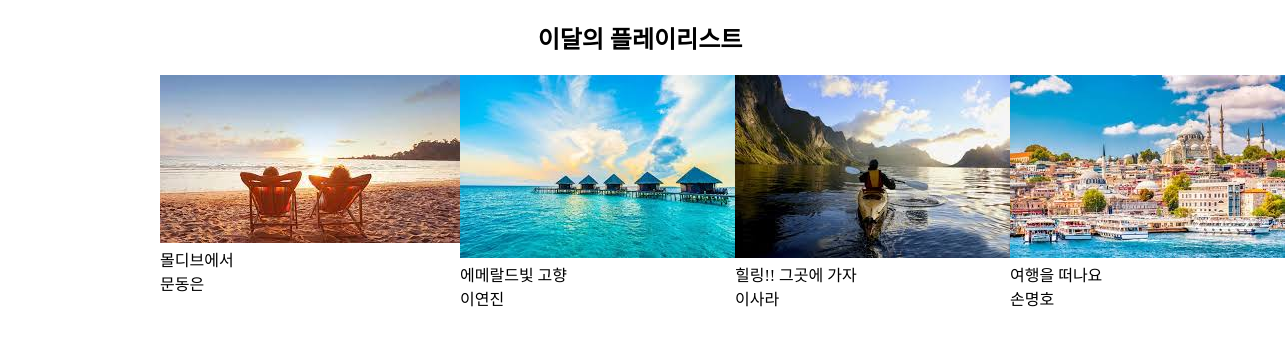
Repository: skybluelion/KB
Page: KB/work05_front/front03_css3_layout/src/main/webapp/css03_flexbox_exam1.html
An editor plug-in stored every save of this project. The page is shown before and after the next save, followed by the edit.
The browser window is 1280 px wide. The page is 1285 px wide, then 1280 px, so the pictures cover 1285 px, including what lies to the right of the window. The pictures show the whole page.

Above is the page before, as saved 2023-04-10 07:07:28.

### KB/work05_front/front03_css3_layout/src/main/webapp/css03_flexbox_exam1.html
<!DOCTYPE html>
<html lang="ko">
<head>
  <meta charset="utf-8">
  <title>Play List</title>
  <style type="text/css">
  	body{
  		width: 960px;
  		margin: 0 auto;
  	}

  	h2 { text-align: center;}

  	.playlists{
  		display: flex;
  		justify-content: space-between;
  	}
  </style>
</head>
<body>
  <section>
    <h2 class="section-title">이달의 플레이리스트</h2>
    <div class="playlists">
      <div class="playlist">
        <img class="playlist-thumb" src="./img/p1.jpg">
        <div class="playlist-title">
              몰디브에서
        </div>
        <div class="playlist-artist">
         문동은
        </div>
      </div>

      <div class="playlist">
        <img class="playlist-thumb" src="./img/p2.jpg">
        <div class="playlist-title">
               에메랄드빛 고향
        </div>
        <div class="playlist-artist">
         이연진
        </div>
      </div>

      <div class="playlist">
        <img class="playlist-thumb" src="./img/p3.jpg">
        <div class="playlist-title">
              힐링!! 그곳에 가자
        </div>
        <div class="playlist-artist">
         이사라
        </div>
      </div>

      <div class="playlist">
        <img class="playlist-thumb" src="./img/p4.jpg">
        <div class="playlist-title">
              여행을 떠나요
        </div>
        <div class="playlist-artist">
         손명호
        </div>
      </div>
    </div>
  </section>
</body>
</html>

After the next save:
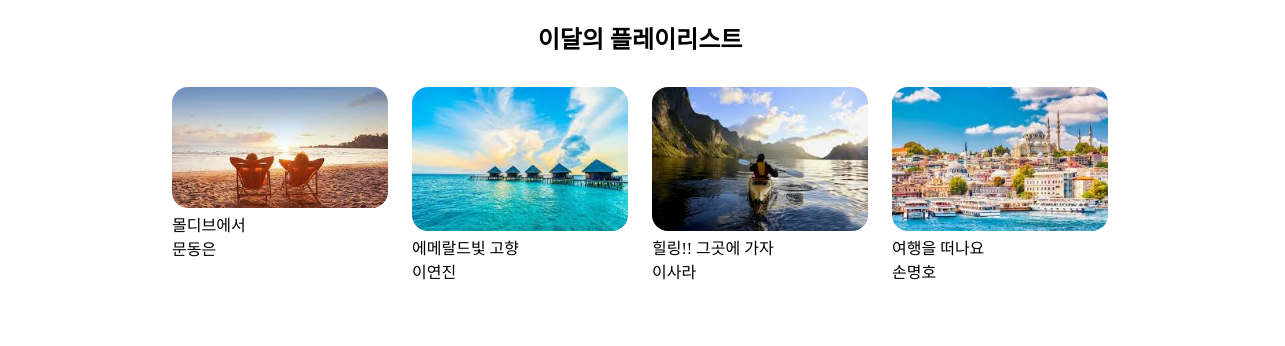
Saved 67 s later.
--- a/KB/work05_front/front03_css3_layout/src/main/webapp/css03_flexbox_exam1.html
+++ b/KB/work05_front/front03_css3_layout/src/main/webapp/css03_flexbox_exam1.html
@@ -15,6 +15,17 @@
   		display: flex;
   		justify-content: space-between;
   	}
+
+  	.playlist {
+  		width: 240px;
+  		margin: 12px;
+  	}
+
+  	.playlist-thumb{
+  		width: 100%;
+  		border-radius: 16px;
+  	}
+
   </style>
 </head>
 <body>
